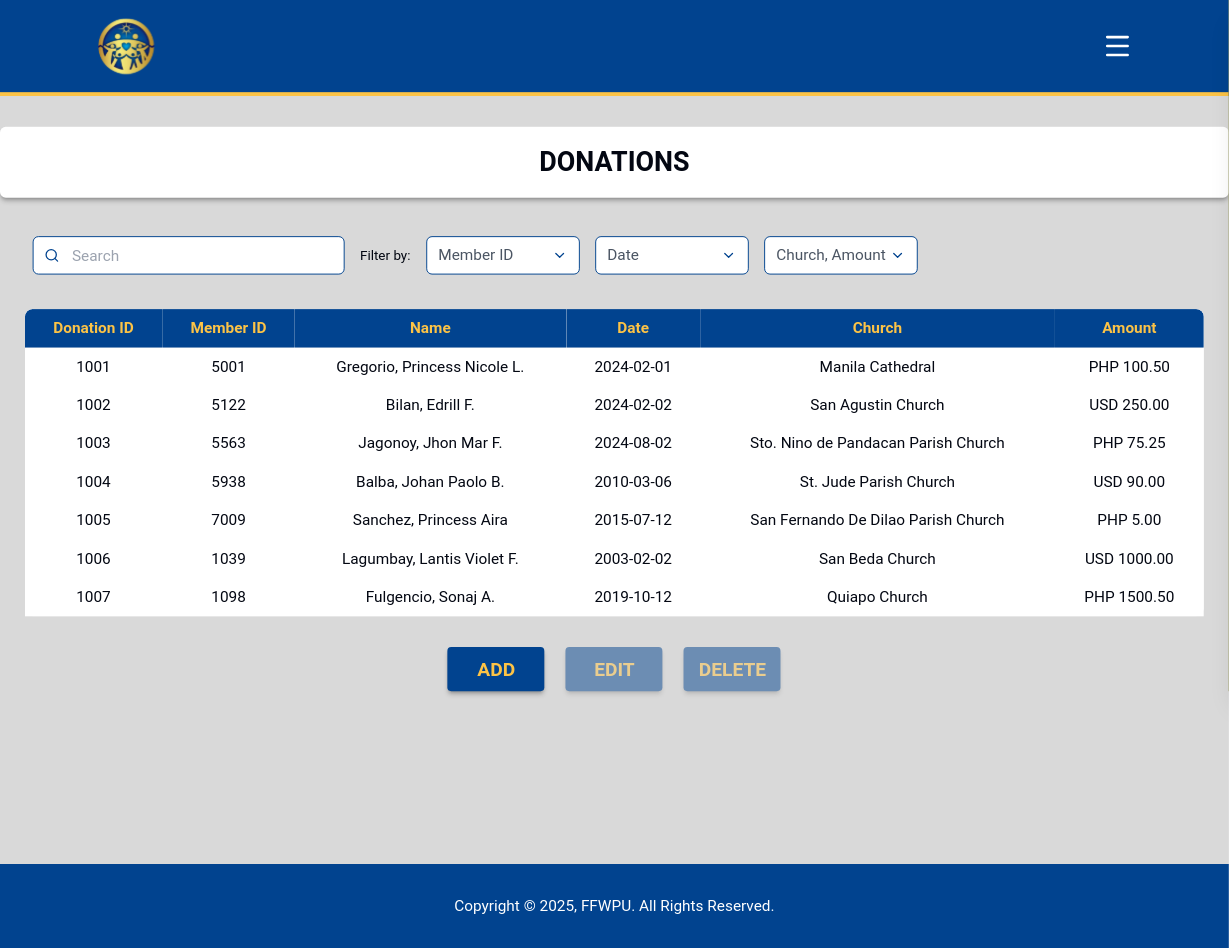
Repository: CoderTofu/FFWPU_System
Page: /donation
These files come from the project's save history. The page is drawn as it stood at one moment and after the next save; the edit follows.
The browser window is 1280 px wide. The pictures show the whole page, at 96% of full size.
The project was rebuilt for these pictures with package versions that can differ from the ones it lists, and the page was loaded fresh each time. The framework's server and built-in components were replaced by stand-ins that run in the browser. Also part of the build but not shown: next.config.ts, src/components/NavbarPublic.tsx, src/components/FooterPublic.tsx, src/lib/utils.ts, src/components/ui/dialog.tsx, src/components/ui/button.tsx, src/components/Modal.tsx.

Above is the page before, as saved 2025-03-07 09:56:21.

### src/app/layout.tsx
import type { Metadata } from "next";
import "./globals.css";
import Preloader from "../components/Preloader";
import LayoutWrapper from "@/components/LayoutWrapper";

export const metadata: Metadata = {
  title: "FFWPU-System",
  description: "Created to help the FFWPU organization",
};

export default function RootLayout({
  children,
}: Readonly<{ children: React.ReactNode }>) {
  return (
    <html lang="en">
      <link rel="icon" href="/icons/ffwpu_icon.svg" sizes="any" />
      <body className="antialiased min-h-screen flex flex-col bg-[#f1f1f1]">
        <Preloader />
        <LayoutWrapper>{children}</LayoutWrapper>
      </body>
    </html>
  );
}

### src/app/globals.css
@tailwind base;
@tailwind components;
@tailwind utilities;

@import url("https://fonts.googleapis.com/css2?family=Roboto:ital,wght@0,100..900;1,100..900&display=swap");

:root {
  --roboto-font: "Roboto", "arial";
}

* {
  font-family: var(--roboto-font);
}



@layer base {
  :root {
    --background: 0 0% 100%;
    --foreground: 224 71.4% 4.1%;
    --card: 0 0% 100%;
    --card-foreground: 224 71.4% 4.1%;
    --popover: 0 0% 100%;
    --popover-foreground: 224 71.4% 4.1%;
    --primary: 220.9 39.3% 11%;
    --primary-foreground: 210 20% 98%;
    --secondary: 220 14.3% 95.9%;
    --secondary-foreground: 220.9 39.3% 11%;
    --muted: 220 14.3% 95.9%;
    --muted-foreground: 220 8.9% 46.1%;
    --accent: 220 14.3% 95.9%;
    --accent-foreground: 220.9 39.3% 11%;
    --destructive: 0 84.2% 60.2%;
    --destructive-foreground: 210 20% 98%;
    --border: 220 13% 91%;
    --input: 220 13% 91%;
    --ring: 224 71.4% 4.1%;
    --chart-1: 12 76% 61%;
    --chart-2: 173 58% 39%;
    --chart-3: 197 37% 24%;
    --chart-4: 43 74% 66%;
    --chart-5: 27 87% 67%;
    --radius: 0.5rem;
  }
  .dark {
    --background: 224 71.4% 4.1%;
    --foreground: 210 20% 98%;
    --card: 224 71.4% 4.1%;
    --card-foreground: 210 20% 98%;
    --popover: 224 71.4% 4.1%;
    --popover-foreground: 210 20% 98%;
    --primary: 210 20% 98%;
    --primary-foreground: 220.9 39.3% 11%;
    --secondary: 215 27.9% 16.9%;
    --secondary-foreground: 210 20% 98%;
    --muted: 215 27.9% 16.9%;
    --muted-foreground: 217.9 10.6% 64.9%;
    --accent: 215 27.9% 16.9%;
    --accent-foreground: 210 20% 98%;
    --destructive: 0 62.8% 30.6%;
    --destructive-foreground: 210 20% 98%;
    --border: 215 27.9% 16.9%;
    --input: 215 27.9% 16.9%;
    --ring: 216 12.2% 83.9%;
    --chart-1: 220 70% 50%;
    --chart-2: 160 60% 45%;
    --chart-3: 30 80% 55%;
    --chart-4: 280 65% 60%;
    --chart-5: 340 75% 55%;
  }
}



@layer base {
  * {
    @apply border-border outline-ring/50;
  }
  body {
    @apply bg-background text-foreground;
  }
}

### src/components/Preloader.tsx
"use client";

import { useState, useEffect } from "react";

export default function Preloader() {
  const [loading, setLoading] = useState(true);

  useEffect(() => {
    const timer = setTimeout(() => {
      setLoading(false);
    }, 1000); // Adjust this time as needed

    return () => clearTimeout(timer);
  }, []);

  if (!loading) return null;

  return (
    <div className="fixed inset-0 z-50 flex items-center justify-center bg-white">
      <div className="h-16 w-16 animate-spin rounded-full border-4 border-solid border-primary border-t-transparent"></div>
    </div>
  );
}

### src/components/LayoutWrapper.tsx
"use client";

import { usePathname } from "next/navigation";
import NavbarPublic from "@/components/navbarPublic";
import NavbarPrivate from "@/components/navbarPrivate";
import FooterPublic from "@/components/footerPublic";
import FooterPrivate from "@/components/footerPrivate";

export default function LayoutWrapper({
  children,
}: {
  children: React.ReactNode;
}) {
  const pathname = usePathname();

  // Define private routes
  const isPublic =
    pathname.startsWith("/about") ||
    pathname.startsWith("/contact") ||
    pathname.startsWith("/login") ||
    pathname.endsWith("/"); // Home page

  return (
    <>
      {isPublic ? <NavbarPublic /> : <NavbarPrivate />}
      <main className="min-h-screen flex-grow">{children}</main>
      {isPublic ? <FooterPublic /> : <FooterPrivate />}
    </>
  );
}

### src/components/Table.tsx
"use client";  // Sabi ni chatgpt need ito hahaha

import React, { useState, useEffect, useRef } from "react";
import { useRouter } from "next/navigation";

interface TableProps {
  data: { [key: string]: any }[];
  columns: { [key in "lg" | "md" | "sm"]: string[] };
  rowDoubleClickPath?: string; // Path where the row should redirect
  onRowSelect?: (row: any | null) => void;
}

const Table: React.FC<TableProps> = ({ data, columns, rowDoubleClickPath, onRowSelect}) => {
  const [tableSize, setTableSize] = useState<"lg" | "md" | "sm">("lg");
  const [selectedRow, setSelectedRow] = useState<number | null>(null);
  const router = useRouter();
  const tableRef = useRef<HTMLDivElement>(null);

  // Automatically update table size based on screen width
  useEffect(() => {
    const updateTableSize = () => {
      const width = window.innerWidth;
      if (width >= 1024) setTableSize("lg");
      else if (width >= 768) setTableSize("md");
      else setTableSize("sm");
    };

    updateTableSize(); // Set initial size
    window.addEventListener("resize", updateTableSize);
    return () => window.removeEventListener("resize", updateTableSize);
  }, []);

  const visibleHeaders = columns[tableSize];

  {/*Handles Single Click Selection*/}
  const handleRowClick = (index: number, row: any) => {
    setSelectedRow(index);
    if (onRowSelect) {
      onRowSelect(row); // Send selected row to parent component
    }
  };

  {/*Handles Clicks Outside Rows to Deselect*/}
  useEffect(() => {
    const handleClickOutside = (event: MouseEvent) => {
      if (tableRef.current && !tableRef.current.contains(event.target as Node)) {
        setSelectedRow(null);
        if (onRowSelect) {
          onRowSelect(null); // Notify parent
        }
      }
    };

    document.addEventListener("click", handleClickOutside);
    return () => document.removeEventListener("click", handleClickOutside);
  }, []);

  {/*Handles Double Click Redirection*/}
  const handleRowDoubleClick = (row: any) => {
    if (rowDoubleClickPath) {
      router.push(`${rowDoubleClickPath}/${row.ID}`); // Redirect with ID in URL
    }
  };

  return (
    <div ref={tableRef} className="overflow-x-auto min-h-[300px] max-h-[450px] overflow-y-auto rounded-lg">
      <table className="min-w-full border-gray-300 bg-white rounded-lg">
        {/* Table Head */}
        <thead className="bg-gray-200 sticky top-0">
          <tr className="bg-[#01438F] text-[#FCC346] cursor-pointer">
            {visibleHeaders.map((header) => (
              <th key={header} className="px-4 py-2 text-center top-0">
                {header}
              </th>
            ))}
          </tr>
        </thead>

        {/* Table Body */}
        <tbody>
          {data.map((row, index) => (
            <tr key={index} className={`cursor-pointer transition
              ${selectedRow === index ? "bg-[#E7E6E6]" : "hover:bg-[#E7E6E6]"}`}
            onClick={() => handleRowClick(index, row)}
            onDoubleClick={() => handleRowDoubleClick(row)}>
              {visibleHeaders.map((header) => (
                <td key={header} className="px-4 py-2 text-center">
                  {row[header] ?? "-"}
                </td>
              ))}
            </tr>
          ))}
        </tbody>
      </table>
    </div>
  );
};

export default Table;

### src/components/DonationModals.tsx
// DonationModals.tsx
"use client";
import { useRef, useEffect, useState } from "react";
import { ChevronDown, Search } from "lucide-react";

interface DataItem {
  "Donation ID": number;
  "Member ID": number;
  Name: string;
  Date: string;
  Church: string;
  Amount: string;
}

interface FilterDropdownProps {
  handleSort: (key: keyof DataItem, order: "asc" | "desc" | "USD" | "PHP" | "ALL") => void;
  selectedCurrency: string | null;
  setSelectedCurrency: (currency: string | null) => void;
  openSortDropdown: string | null;
  openCurrencyDropdown: boolean;
  toggleSortDropdown: (dropdown: string | null) => void;
  setOpenCurrencyDropdown: (open: boolean) => void;
}

export default function DonationModals({
  handleSort,
  selectedCurrency,
  setSelectedCurrency,
  openSortDropdown,
  openCurrencyDropdown,
  toggleSortDropdown,
  setOpenCurrencyDropdown,
}: FilterDropdownProps) {
  const dropdownRef = useRef<HTMLDivElement>(null);
  const [selectedFilters, setSelectedFilters] = useState<{ [key: string]: string }>({});

  useEffect(() => {
    const handleClickOutside = (event: MouseEvent) => {
      if (dropdownRef.current && !dropdownRef.current.contains(event.target as Node)) {
        toggleSortDropdown(null);
        setOpenCurrencyDropdown(false);
      }
    };
    document.addEventListener("mousedown", handleClickOutside);
    return () => document.removeEventListener("mousedown", handleClickOutside);
  }, [toggleSortDropdown, setOpenCurrencyDropdown]);

  const filterKeyMap: { [key: string]: keyof DataItem } = {
    "Member ID": "Member ID",
    Date: "Date",
    Church: "Church",
    Amount: "Amount",
  };

  return (
    <div className="flex flex-wrap items-center gap-4">
      <div className="relative min-w-[250px] sm:w-[275px] md:w-[300px] lg:w-[325px]">
        <Search className="absolute left-3 top-1/2 transform -translate-y-1/2 w-4 h-4 text-[#01438F]" />
        <input
          className="w-full h-10 pl-10 border border-[#01438F] rounded-md outline-none"
          type="text"
          placeholder="Search"
        />
      </div>

      <span className="text-[14px] flex-wrap sm:w-auto w-full">Filter by:</span>

      <div ref={dropdownRef} className="flex flex-wrap items-center gap-4 sm:w-auto">
        {["Member ID", "Date", "Church, Amount"].map((filter) => (
          <div key={filter} className="relative">
            <button
              onClick={() => toggleSortDropdown(openSortDropdown === filter ? null : filter)}
              className="w-[120px] md:w-[140px] lg:w-[160px] h-10 border border-[#01438F] rounded-md px-3 outline-none bg-white text-gray-600 flex justify-between items-center"
            >
              {filter}
              <ChevronDown className="w-4 h-4 text-[#01438F]" />
            </button>

            {openSortDropdown === filter && (
              <div className="absolute mt-1 w-full bg-white border border-[#01438F] rounded-md shadow-md z-10">
                <label className="flex items-center px-3 py-2 hover:bg-gray-200 hover:rounded-sm">
                  <input
                    type="radio"
                    name={filter}
                    className="mr-2"
                    checked={selectedFilters[filter] === "Ascending"}
                    onChange={() => {
                      setSelectedFilters({ ...selectedFilters, [filter]: "Ascending" });
                      handleSort(filterKeyMap[filter], "asc");
                      toggleSortDropdown(null);
                    }}
                  />
                  Ascending
                </label>
                <label className="flex items-center px-3 py-2 hover:bg-gray-200 hover:rounded-sm">
                  <input
                    type="radio"
                    name={filter}
                    className="mr-2"
                    checked={selectedFilters[filter] === "Descending"}
                    onChange={() => {
                      setSelectedFilters({ ...selectedFilters, [filter]: "Descending" });
                      handleSort(filterKeyMap[filter], "desc");
                      toggleSortDropdown(null);
                    }}
                  />
                  Descending
                </label>
              </div>
            )}
          </div>
        ))}
      </div>
    </div>
  );
}

### src/components/NavbarPrivate.tsx
/* eslint-disable @next/next/no-img-element */
"use client";

import { useState, useEffect } from "react";
import { Menu, X, ArrowRight, CircleUserRound } from "lucide-react"; // Added more icons

export default function NavbarPublic() {
  const [isSidebarOpen, setIsSidebarOpen] = useState(false);

  // Prevent scrolling when sidebar is open
  useEffect(() => {
    if (isSidebarOpen) {
      document.body.style.overflow = "hidden";
    } else {
      document.body.style.overflow = "unset";
    }
    return () => {
      document.body.style.overflow = "unset";
    };
  }, [isSidebarOpen]);

  const navItems = [
    { name: "Member Information", href: "/member" },
    { name: "Worship Event", href: "/worship" },
    { name: "Blessings Management", href: "/blessing" },
    { name: "Donations", href: "/donation" },
    { name: "Reporting", href: "/reporting" },
    { name: "CMS", href: "/cms" },
  ];

  return (
    <div className="bg-[#01438F] border-b-4 border-[#FCC346] text-white p-4 px-[100px] min-h-[100px] flex justify-between items-center">
      {/* Logo */}
      <div className="flex gap-4 items-center">
        <a href={"/"}>
          <img
            src="/icons/ffwpu_icon.svg"
            className="h-full w-auto"
            alt="Site Icon"
          />
        </a>
      </div>

      {/* Mobile Menu Button */}
      <button
        className="transition-transform duration-200 ease-in-out hover:scale-110"
        onClick={() => setIsSidebarOpen(true)}
      >
        <Menu className="w-8 h-8" />
      </button>

      {/* Sidebar (Mobile Navigation) */}
      <div
        className={`z-50 fixed top-0 right-0 w-64 h-full ${
          isSidebarOpen ? "translate-x-0" : "translate-x-full"
        } bg-[#01438F] shadow-xl p-6 flex flex-col gap-6 text-lg transition-all duration-300 border-yellow-400 border-l-8`}
      >
        <div className="flex justify-between items-center mb-8">
          <h2 className="text-2xl font-bold text-yellow-400">FFWPU</h2>
          <button
            className="transition-transform duration-200 ease-in-out hover:scale-110 hover:rotate-90"
            onClick={() => setIsSidebarOpen(false)}
          >
            <X className="w-8 h-8" />
          </button>
        </div>

        <div className="flex flex-col justify-center items-center">
          <CircleUserRound className="w-28 h-28" />
          <h3 className="mt-1 text-xl font-light italic text-center">
            Welcome, <br />
            Admin!
          </h3>
        </div>

        {navItems.map((item, index) => (
          <a
            key={item.name + index}
            className="flex items-center hover:bg-blue-700 p-2 rounded-md transition-all duration-200 hover:translate-x-2 text-base"
            href={item.href}
            onClick={() => setIsSidebarOpen(false)}
          >
            {item.name}
          </a>
        ))}

        <a
          href={"/"}
          className="mt-auto transition-all duration-200 hover:scale-110 justify-center items-center flex "
        >
          <ArrowRight className="w-12 h-12" />
        </a>
      </div>

      {/* Overlay */}
      {isSidebarOpen && (
        <div
          className="fixed inset-0 bg-black bg-opacity-50 z-40 transition-opacity duration-300 ease-in-out"
          onClick={() => setIsSidebarOpen(false)}
        />
      )}
    </div>
  );
}

### src/components/FooterPrivate.tsx
export default function FooterPrivate() {
  return (
    <div className="bg-[#01438F] text-white p-8 text-center">
      Copyright © 2025, FFWPU. All Rights Reserved.
    </div>
  );
}

### tailwind.config.ts
import type { Config } from "tailwindcss";

export default {
    darkMode: ["class"],
    content: [
    "./src/pages/**/*.{js,ts,jsx,tsx,mdx}",
    "./src/components/**/*.{js,ts,jsx,tsx,mdx}",
    "./src/app/**/*.{js,ts,jsx,tsx,mdx}",
    "./src/components/*.{js,ts,jsx,tsx,mdx}",
  ],
  theme: {
  	extend: {
  		borderRadius: {
  			lg: 'var(--radius)',
  			md: 'calc(var(--radius) - 2px)',
  			sm: 'calc(var(--radius) - 4px)'
  		},
  		colors: {
  			background: 'hsl(var(--background))',
  			foreground: 'hsl(var(--foreground))',
  			card: {
  				DEFAULT: 'hsl(var(--card))',
  				foreground: 'hsl(var(--card-foreground))'
  			},
  			popover: {
  				DEFAULT: 'hsl(var(--popover))',
  				foreground: 'hsl(var(--popover-foreground))'
  			},
  			primary: {
  				DEFAULT: 'hsl(var(--primary))',
  				foreground: 'hsl(var(--primary-foreground))'
  			},
  			secondary: {
  				DEFAULT: 'hsl(var(--secondary))',
  				foreground: 'hsl(var(--secondary-foreground))'
  			},
  			muted: {
  				DEFAULT: 'hsl(var(--muted))',
  				foreground: 'hsl(var(--muted-foreground))'
  			},
  			accent: {
  				DEFAULT: 'hsl(var(--accent))',
  				foreground: 'hsl(var(--accent-foreground))'
  			},
  			destructive: {
  				DEFAULT: 'hsl(var(--destructive))',
  				foreground: 'hsl(var(--destructive-foreground))'
  			},
  			border: 'hsl(var(--border))',
  			input: 'hsl(var(--input))',
  			ring: 'hsl(var(--ring))',
  			chart: {
  				'1': 'hsl(var(--chart-1))',
  				'2': 'hsl(var(--chart-2))',
  				'3': 'hsl(var(--chart-3))',
  				'4': 'hsl(var(--chart-4))',
  				'5': 'hsl(var(--chart-5))'
  			}
  		}
  	}
  },
  plugins: [require("tailwindcss-animate")],
} satisfies Config;

Loaded but not shown: src/app/(private)/donation/page.tsx (178 lines, source omitted)

After the next save:
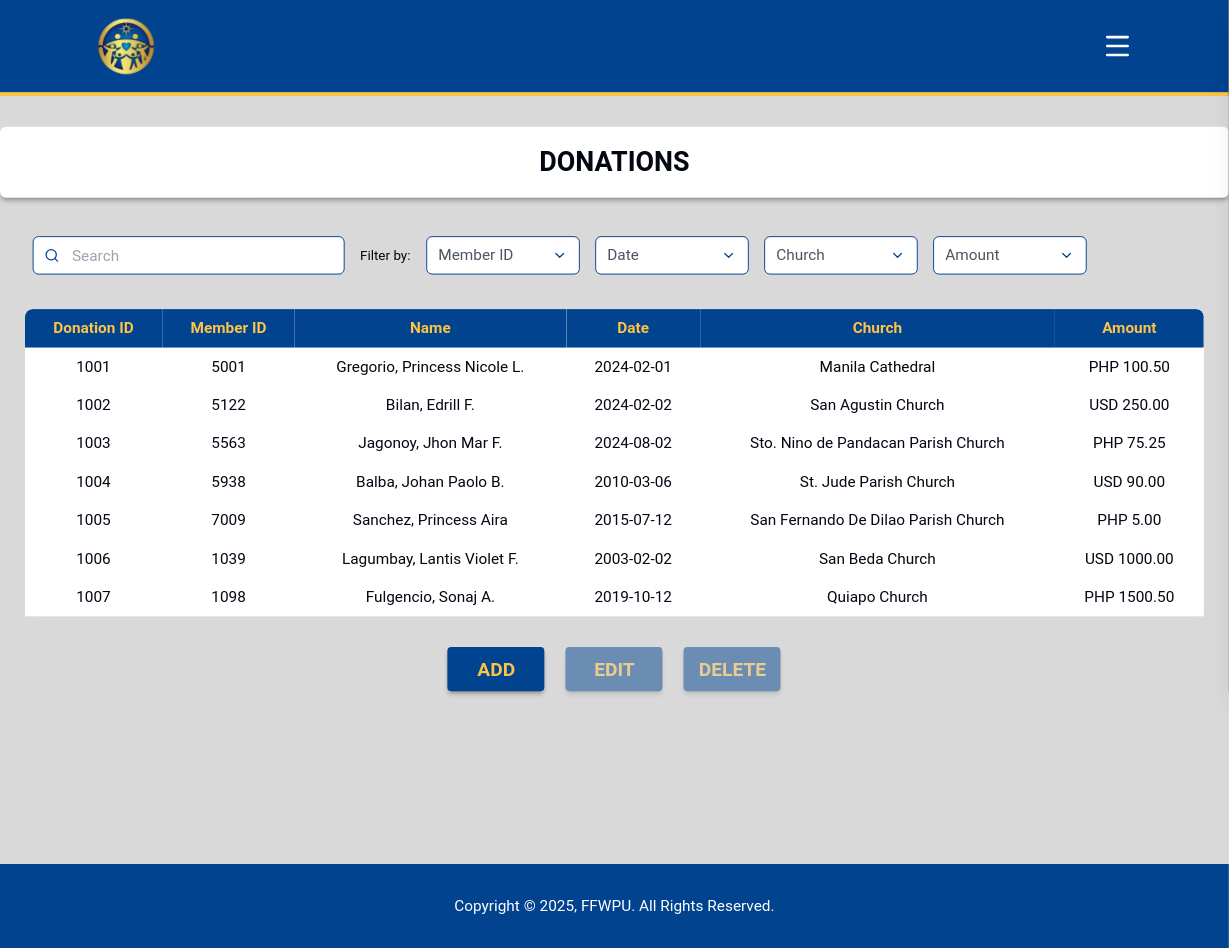
Saved 65 s later.
--- a/src/components/DonationModals.tsx
+++ b/src/components/DonationModals.tsx
@@ -66,7 +66,7 @@
       <span className="text-[14px] flex-wrap sm:w-auto w-full">Filter by:</span>
 
       <div ref={dropdownRef} className="flex flex-wrap items-center gap-4 sm:w-auto">
-        {["Member ID", "Date", "Church, Amount"].map((filter) => (
+        {["Member ID", "Date", "Church", "Amount"].map((filter) => (
           <div key={filter} className="relative">
             <button
               onClick={() => toggleSortDropdown(openSortDropdown === filter ? null : filter)}
